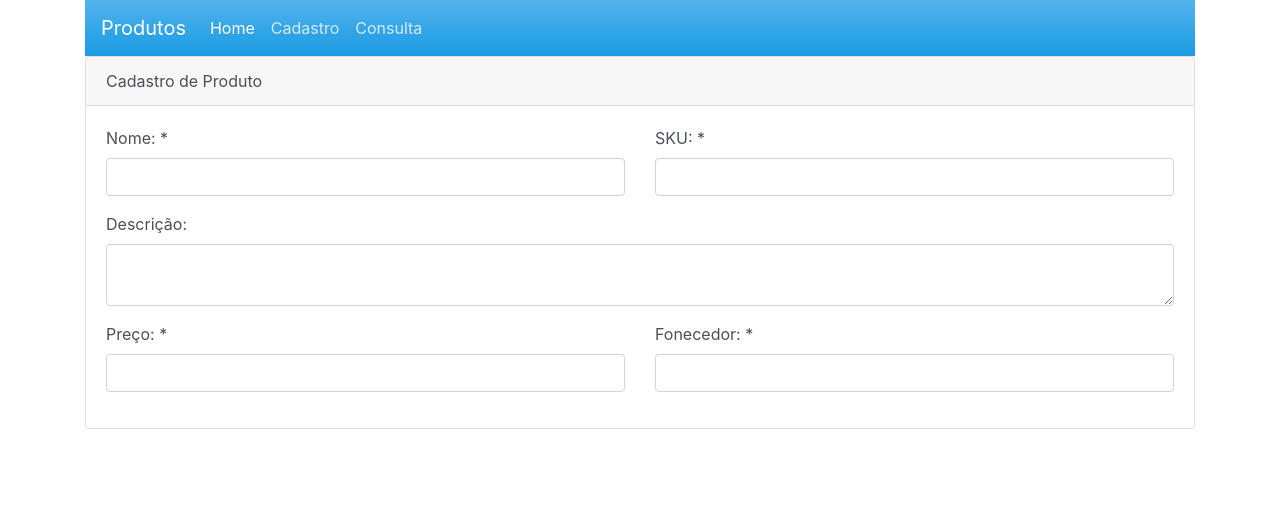
Repository: charles014/curso-react-2020
Page: /#/cadastro-produtos (app in cadastro-produtos/)
The author's editor kept a copy of each file at every save. The page is drawn from the files as they stood at one save, then again after the next save.
The browser window is 1280 px wide. The pictures show the whole page.
Some web libraries are served in a nearby version. The project was rebuilt for these pictures with package versions that can differ from the ones it lists, and the page was loaded fresh each time. Also part of the build but not shown: cadastro-produtos/src/index.css, cadastro-produtos/src/pages/home.js.

Above is the page before, as saved 2020-09-17 17:30:15.

After the next save:
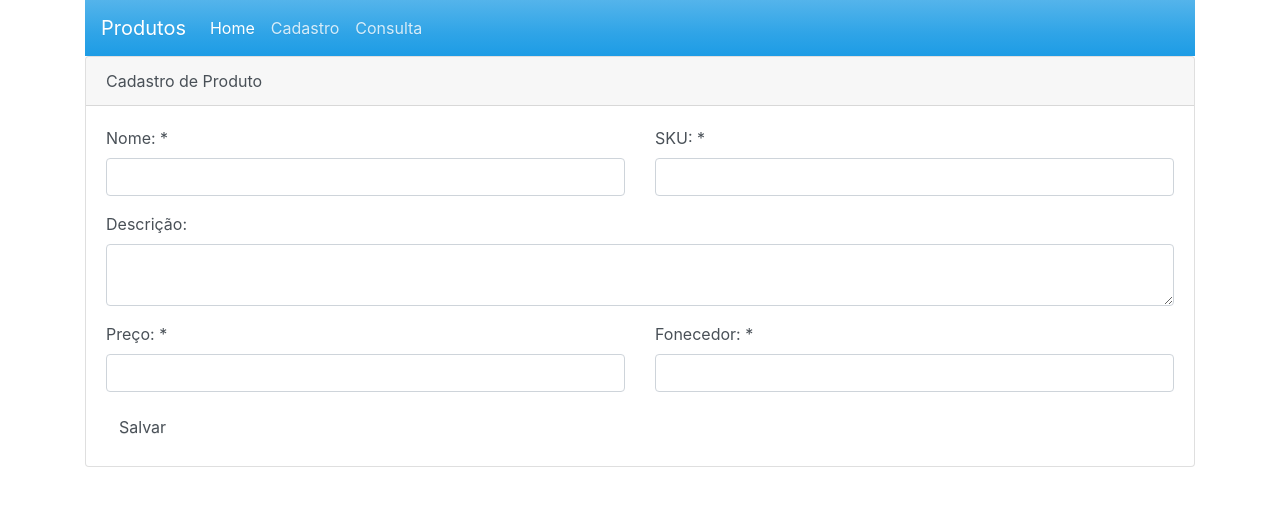
Saved 114 s later.
--- a/cadastro-produtos/src/pages/produtos/cadastro.js
+++ b/cadastro-produtos/src/pages/produtos/cadastro.js
@@ -47,7 +47,12 @@ class CadastroProduto extends React.Component {
                               </div>
                           </div>
 
+                         <div className="row">
+                              <div className="col-md-1">
+                                   <button className="btn btn-sucess">Salvar </button>
 
+                              </div>
+                         </div>
                     </div>
                </div>
 
